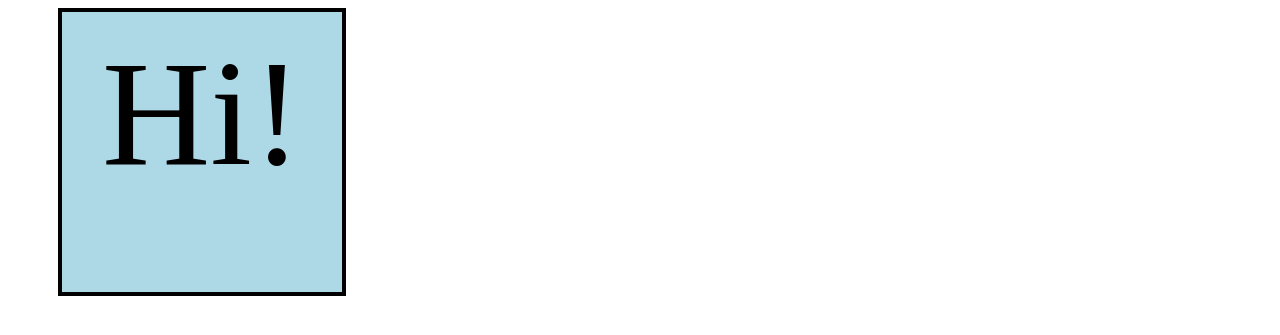
Repository: nottonofclay/csi_waymo
Page: transformations/transformations.html
The author's editor kept a copy of each file at every save. The page is drawn from the files as they stood at one save, then again after the next save.
The browser window is 1280 px wide. The pictures show the whole page.

Above is the page before, as saved 2023-07-06 12:15:11.

After the next save:
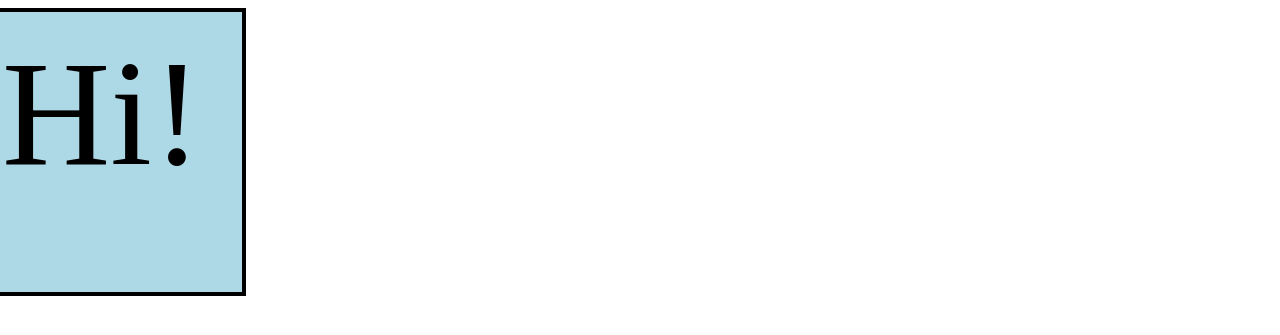
Saved 20 s later.
--- a/transformations/transformations.css
+++ b/transformations/transformations.css
@@ -7,5 +7,5 @@
     text-align: center;
     background: lightblue;
 
-    transform: translateX(50px);
+    transform: translateX(-50px);
 }
